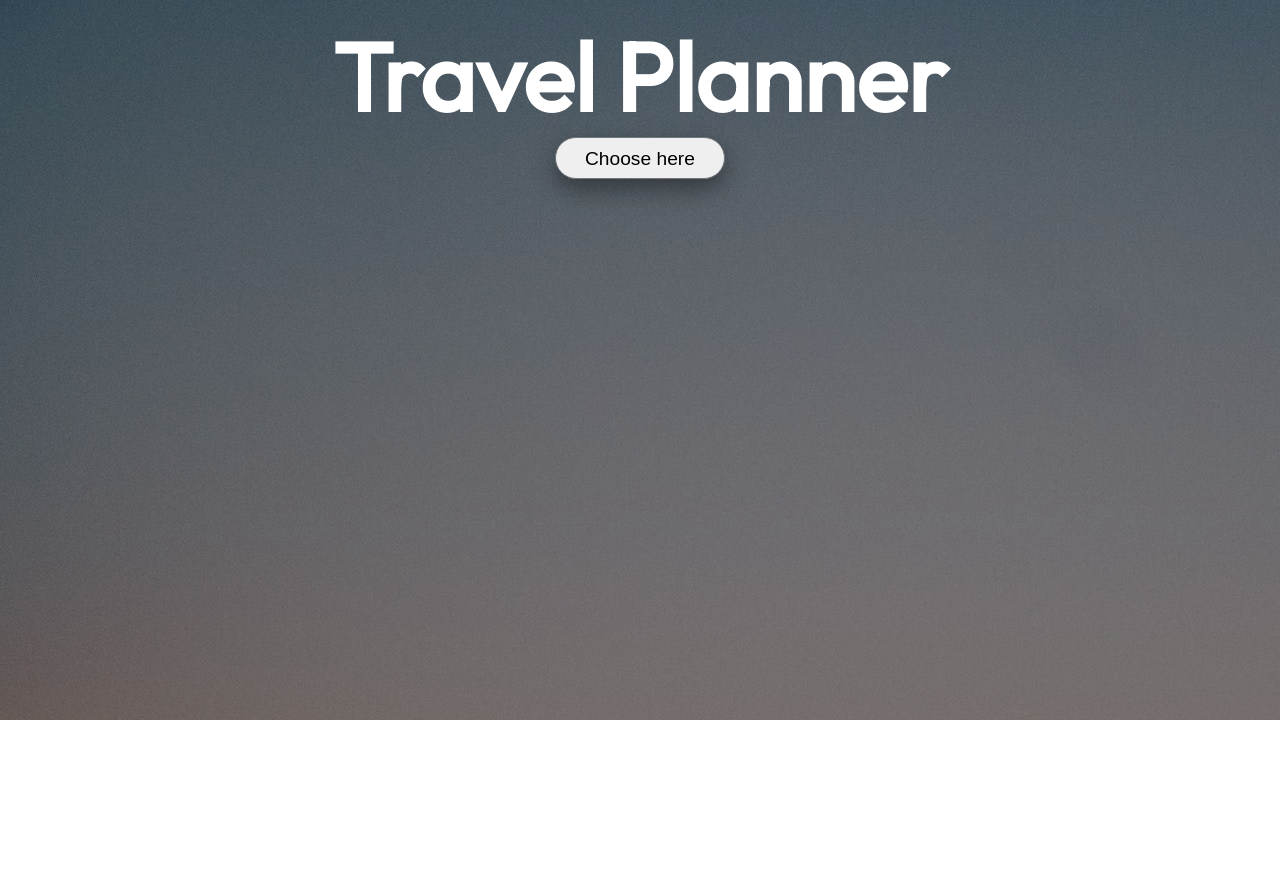
Repository: CPSC2720-LAB-GRP/Travel-Planner
Page: / (app in Travel Planner/client/)
An editor plug-in stored every save of this project. The page is shown before and after the next save, followed by the edit.
The browser window is 1280 px wide. The pictures show the whole page.
The page's requests for data from a server got no answer. The project was rebuilt for these pictures with package versions that can differ from the ones it lists, and the page was loaded fresh each time. No one was signed in, and anything a server would have sent is missing.

Above is the page before, as saved 2022-08-01 17:28:24.

### Travel Planner/client/src/index.css
@import url('https://fonts.googleapis.com/css2?family=Outfit&display=swap');


* {
  box-sizing: border-box;
  margin: 0;
  padding: 0;
}

body {
  margin: 0;
  font-family: 'Outfit', 'Segoe UI', 'Roboto', 'Oxygen',
    'Ubuntu', 'Cantarell', 'Fira Sans', 'Droid Sans', 'Helvetica Neue',
    sans-serif;
  -webkit-font-smoothing: antialiased;
  -moz-osx-font-smoothing: grayscale;
}

code {
  font-family: source-code-pro, Menlo, Monaco, Consolas, 'Courier New',
    monospace;
}

p {
    font-size: 1.6rem;
}

h1 {
    font-size: 6rem;
}

.app {
    width:100%;
    height: 100vh;
    position: relative;
    background-color: rgba(0, 0, 0, 0.4);
    color: #fff;
}

.app:before {
  content: '';
  background: url('./assets/picture.jpg');
  position: absolute;
  width: 100%;
  height: 100%;
  top: 0;
  left:0;
  z-index: -1;
}

.app .dropdown {
  text-align: center;
  padding: 1rem;
  font-size: 1.2rem;
  border-radius: 25px;
}

select {
  box-shadow: 0 10px 25px rgba(0, 0, 0, 0.4);
  font-size: 1.2rem;
  padding: 0.5em 1.5em;
  border-radius: 25px;
  appearance: none;
}

.app input {
  padding: .7rem 1.5rem;
  font-size: 1.2 rem;
  border-radius: 25px;
}

::placeholder {
  color: #f8f8f8;
}

.container {
  max-width: 700px;
  height: 700px;
  margin: auto;
  padding: 0 1rem;
  position: relative;
  top: 10%;
  display: flex;
  flex-direction: column;
  justify-content: space-between;
}

.app .top {
  width: 100%;
  margin: 1rem auto;
}

.app .bottom {
  display: flex;
  justify-content: space-evenly;
  text-align: center;
  width: 100%;
  margin: 1rem auto;
  padding: 1rem;
  border-radius: 12px;
  background-color: rgba(255, 255, 255, 0.2);
}

.bold {
  font-weight: 700;
}

### Travel Planner/client/src/App.js
import React, { useEffect, useState} from 'react'
import axios from 'axios'

function App() {

  //Location Data and setdata
  const [data, setData] = useState({})

  //location and set location
  const [location, setLocation] = useState(null)

  //call backend API
  useEffect(() => {
    fetch("/api").then(
      response => response.json()
    ).then (
          data => {
            setCities(data.cities)
          }
    )
  }, [])

  //set backend data
  const [cities, setCities] = useState(null);

  //use state for dropdown
  const [value, setValue] = useState(null);

  //set city
  let foundCity = cities&&cities.find(e => e.id === parseInt(value));

  //handle change for dropdown and setting value and city descriptiion
  const handleChange = (e) => {
    const value = (e.target.value);
    setValue(value);

    const foundCity = cities&&cities.find(e => e.id === parseInt(value));

    if (foundCity) {
      console.log(foundCity.name);
      const test = 'https://api.openweathermap.org/data/2.5/weather?q=' + (foundCity.name) +'&appid=26fe08b75a89956ef8e86cf1e40c19a1&units=metric';

      axios.get(test).then((response) => {
        setData(response.data)
      })
    }
  };

  return (
    <div className="app">
            <div className="dropdown">
              <h1 >Travel Planner</h1>
              <div class="custom-select">
                  <select value={value} onChange={handleChange}>
              <option value="" selected disabled hidden>Choose here</option>
                {(!cities) ?(
                <p>Loading...</p>):
                (
                    cities.map((cities, i) => (
                    <option key={i} value={cities.id}>{cities.name}</option>
                ))
                )
              }
              </select>
              </div>
          </div>
          <div className="weatherApp">
            <div className="container">
              <div className="top">
                  <div className="location">
                  <h2>{foundCity && foundCity.name}</h2>
                  </div>
              <div className="temp">
                  {data.main ? <h1>{data.main.temp}°C</h1> :null}
              </div>
              <div className="description">
              <p>{foundCity && foundCity.description}</p>
              </div>
            </div>

              {data.name != undefined &&
                              <div className="bottom">
                              <div className="feels">
                                {data.main ? <p className="bold">{data.main.feels_like}°C</p> : null}
                                  <p>Feels Like</p>
                              </div>
                              <div className="humidity">
                              {data.main ? <p className="bold">{data.main.humidity}%</p> : null}
                            <p>Humidity</p>
                              </div>
                              <div className="wind">
                              {data.main ? <p className="bold">{data.wind.speed}  KMH</p> : null}
                                <p>Wind Speed</p>
                              </div>
                          </div>
              }
            </div>
          </div>
    </div>

  );
}

export default App

Loaded but not shown: Travel Planner/client/public/index.html (common file); Travel Planner/client/src/index.js (common file); Travel Planner/client/src/reportWebVitals.js (common file)

After the next save:
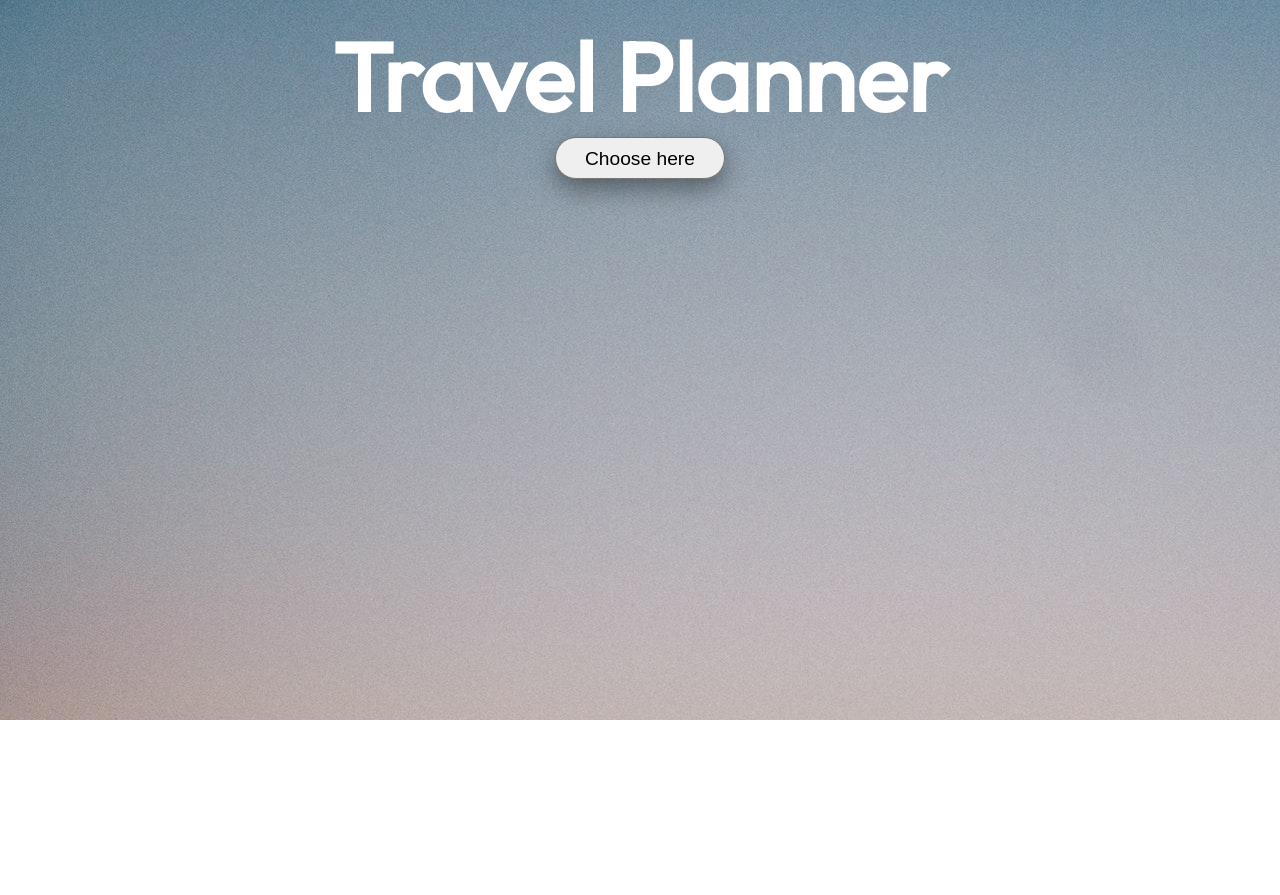
Saved 5 s later.
--- a/Travel Planner/client/src/index.css
+++ b/Travel Planner/client/src/index.css
@@ -37,7 +37,7 @@
     color: #fff;
 }
 
-.app:before {
+.app {
   content: '';
   background: url('./assets/picture.jpg');
   position: absolute;

After the save that followed:
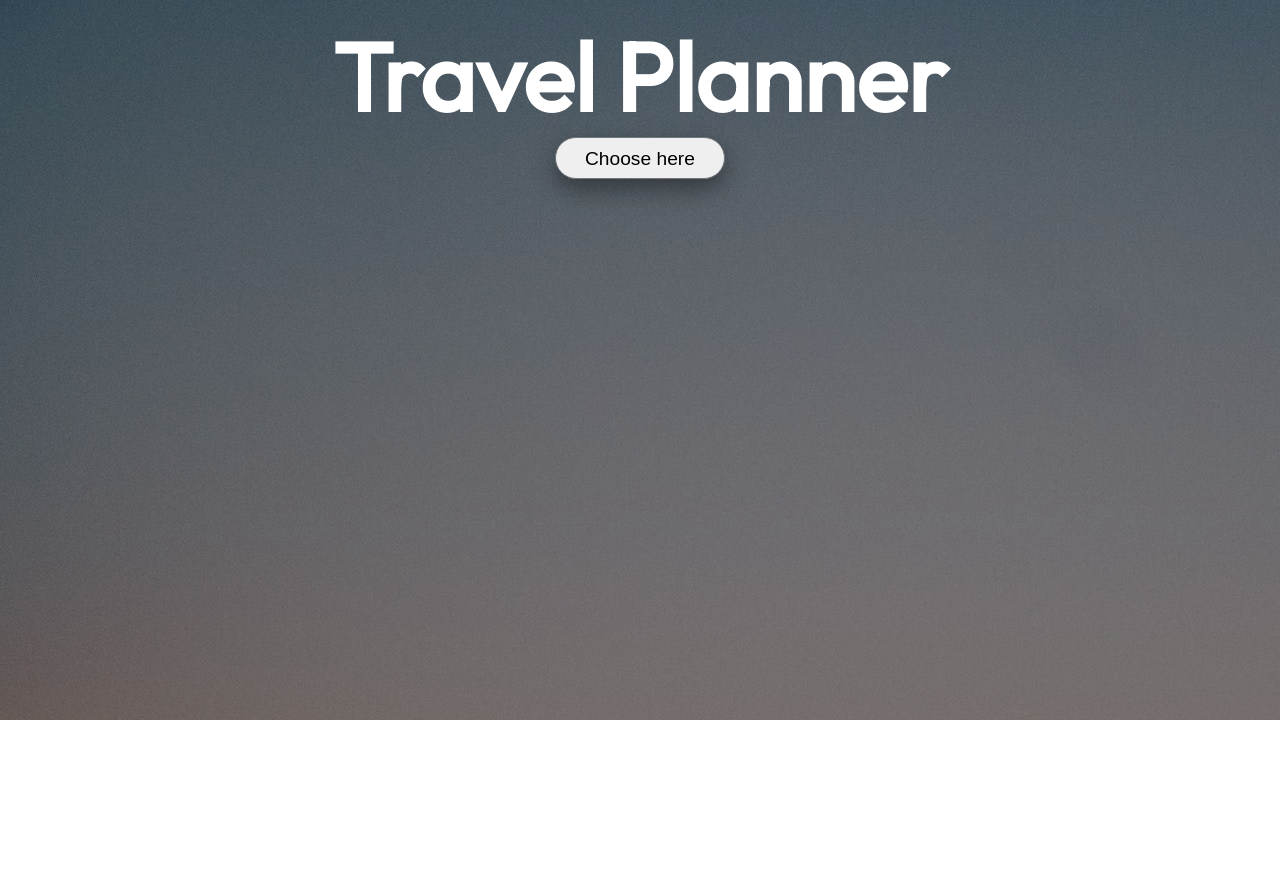
Saved 5 s later.
--- a/Travel Planner/client/src/index.css
+++ b/Travel Planner/client/src/index.css
@@ -37,7 +37,7 @@
     color: #fff;
 }
 
-.app {
+.app:before {
   content: '';
   background: url('./assets/picture.jpg');
   position: absolute;
